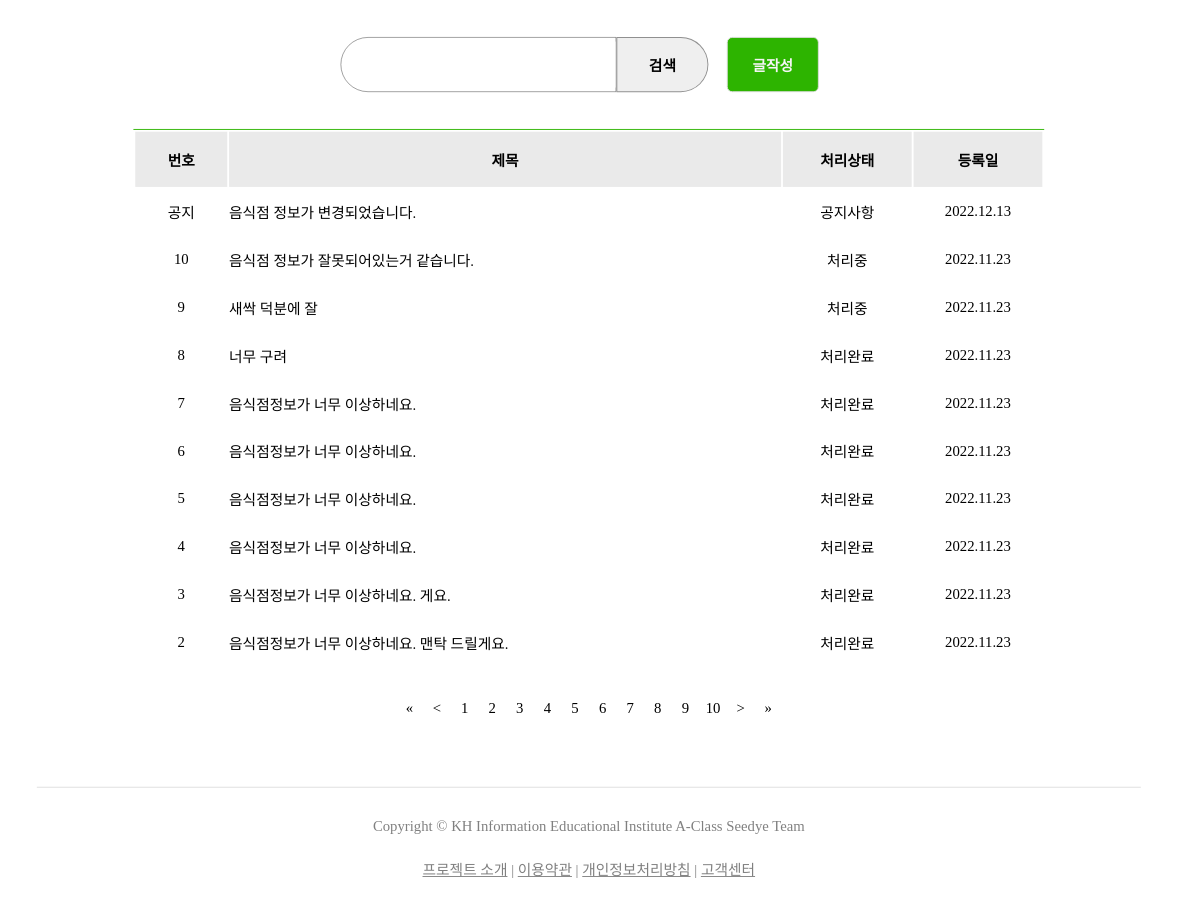
Repository: Seedye/Seedye
Page: team/src/main/webapp/html/board/board-list.html
These files come from the project's save history. The page is drawn as it stood at one moment and after the next save; the edit follows.
The browser window is 1280 px wide. The pictures show the part of the page from y = 423 to 1508 px (the page is 1412 px tall before and 1508 px after), at 92% of full size.
Some web fonts or font styles are not loaded; a fallback is used.

Above is the page before, as saved 2022-12-14 19:16:15.

### team/src/main/webapp/html/board/board-list.html
<!DOCTYPE html>
<html lang="en">
<head>
    <meta charset="UTF-8">
    <meta http-equiv="X-UA-Compatible" content="IE=edge">
    <meta name="viewport" content="width=device-width, initial-scale=1.0">
    <title>boardList</title>
    <link rel="stylesheet" href="../../resources/css/header.css">
    <link rel="stylesheet" href="../../resources/css/boardList-style.css">
</head>
<body>
  <header>
        <!-- 헤더 -->
        <section id="header-container">
            <!-- 로고 -->
            <section id="logo-section">
                <a href="#"><img id="logo" src="../../resources/images/새싹이.png"></a>
                <a href="#" id="logo-content">새싹이</a>
            </section>
            <!-- 메뉴창 -->
            <nav id="nav-bar">
                <ul>
                    <li><a href="#"></a>공지사항</li>
                <li><a href="#"></a>커뮤니티</li>
                <li><a href="#"></a>소개</li>
                <li><a href="#"></a>식당 등록 문의</li>
                <li><a href="#"></a>후원</li>
                <li><a href="#"></a>업데이트</li>
                <li><a href="#"></a>관리자</li>
            </ul>
        </nav>
    </section>
    </header>
    <main>
      <!-- board 영역 -->
      <section class="board-body-area">
        <div class="board-title">
          <img src="../../resources/images/children-g5ba4d1b54_1920.jpg" alt="">
          <p>커뮤니티</p>
        </div>

        <!-- 검색 -->
        <div class="board-list-serch-write-area">
          <!-- 검색어 입력 input -->
          <div class="board-list-serch">
            <input type="text" >
          </div>
          <!-- 검색 버튼 -->
          <button>검색</button>
          <!-- 글작성 버튼 -->
          <div class="board-write-btn">글작성</div>
        </div>

        <!-- 게시글 리스트 영역 -->
        <div class="board-list-area">
          <!-- 게시글 나타나는 테이블 -->
          <table class="board-list-table">
            <thead class="board-list-thead">
              <th>번호</th>
              <th>제목</th>
              <th>처리상태</th>
              <th>등록일</th>
            </thead>
            <tbody>

              <!-- 공지 -->
              <tr>
                <td>공지</td>
                <td>음식점 정보가 변경되었습니다.</td>
                <td>공지사항</td>
                <td>2022.12.13</td>
      <!-- colspan="2" -->
              </tr>

              <!-- 게시물 -->
              <tr>
                <td>10</td>
                <td>음식점 정보가 잘못되어있는거 같습니다.</td>
                <td>처리중</td>
                <td>2022.11.23</td>
              </tr>

              <tr>
                <td>9</td>
                <td>새싹 덕분에 잘 </td>
                <td>처리중</td>
                <td>2022.11.23</td>
              </tr>

              <tr>
                <td>8</td>
                <td>너무 구려</td>
                <td>처리완료</td>
                <td>2022.11.23</td>
              </tr>

              <tr>
                <td>7</td>
                <td>음식점정보가 너무 이상하네요. </td>
                <td>처리완료</td>
                <td>2022.11.23</td>
              </tr>
              <tr>
                <td>6</td>
                <td>음식점정보가 너무 이상하네요.  </td>
                <td>처리완료</td>
                <td>2022.11.23</td>
              </tr>
              <tr>
                <td>5</td>
                <td>음식점정보가 너무 이상하네요.  </td>
                <td>처리완료</td>
                <td>2022.11.23</td>
              </tr>
              <tr>
                <td>4</td>
                <td>음식점정보가 너무 이상하네요. </td>
                <td>처리완료</td>
                <td>2022.11.23</td>
              </tr>
              <tr>
                <td>3</td>
                <td>음식점정보가 너무 이상하네요. 게요. </td>
                <td>처리완료</td>
                <td>2022.11.23</td>
              </tr>
              <tr>
                <td>2</td>
                <td>음식점정보가 너무 이상하네요. 맨탁 드릴게요. </td>
                <td>처리완료</td>
                <td>2022.11.23</td>
              </tr>

            </tbody>


          </table>

            <ul class="board-list-page-area">
              <li>&laquo;</li>
              <li>&lt;</li>
              <li class="board-list-page-no">1</li>
              <li class="board-list-page-no">2</li>
              <li class="board-list-page-no">3</li>
              <li class="board-list-page-no">4</li>
              <li class="board-list-page-no">5</li>
              <li class="board-list-page-no">6</li>
              <li class="board-list-page-no">7</li>
              <li class="board-list-page-no">8</li>
              <li class="board-list-page-no">9</li>
              <li class="board-list-page-no">10</li>
              <li>&gt;</li>
              <li>&raquo;</li>
            </ul>
            <!-- <div class="board-list-page-num"></div>
            <div class="board-list-page-num"></div> -->
          </div>

      </section>
    </main>

    <footer>
        <p>
            Copyright &copy; KH Information Educational Institute A-Class Seedye Team
        </p>
        <article>
            <a href="#">프로젝트 소개</a>
            <span>|</span>
            <a href="#">이용약관</a>
            <span>|</span>
            <a href="#">개인정보처리방침</a>
            <span>|</span>
            <a href="#">고객센터</a>
        </article>
    </footer>

</body>
</html>

### team/src/main/webapp/resources/css/header.css

@font-face {
    font-family: 'yg-jalnan';
    src: url('https://cdn.jsdelivr.net/gh/projectnoonnu/noonfonts_four@1.2/JalnanOTF00.woff') format('woff');
    font-weight: normal;
    font-style: normal;
}


@font-face {
    font-family: 'NIXGONM-Vb';
    src: url('https://cdn.jsdelivr.net/gh/projectnoonnu/noonfonts_six@1.2/NIXGONM-Vb.woff') format('woff');
    font-weight: normal;
    font-style: normal;
}

*{
    box-sizing: border-box;
    margin: 0;
    padding: 0;
}

body{
    display: flex;
    justify-content: center;
    align-items: center;
    flex-direction: column;
}


#logo-section{
    width: 1200px;
    display: flex;
    justify-content: center;
    align-items: center;
    margin-top: 20px;
}

#logo{
    width: 50px;
    height: 50px;
}

#logo-content{
    color: #2db400;
    -webkit-text-stroke: 1px white;
    text-decoration: none;
    font-weight: bold;
    font-family: yg-jalnan;
    font-size: 40px;
    padding-top: 10px;
}

#nav-bar{
    display: flex;
    justify-content: center;
    margin: 20px 0px  0px  0px;
}

#nav-bar > ul {
    width: 100%;
    display: flex;
    justify-content: space-between;
    font-weight: bold;
    border-bottom: 1px solid #ddd;
    padding: 0px 20px;
}

#nav-bar > ul > li{
    font-family: NIXGONM-Vb;
    float: left;
    display: flex;
    justify-content: center;
    padding: 20px 35px;
    border-radius: 6px;
    cursor: pointer;
    width: 170px;
    height: auto;
}

#nav-bar > ul > li:hover{
    background-color: rgba(45, 180, 0, 0.6);
    color: white;
    transition-duration: 0.3s;
}

footer {
    width: 1200px;
    height: 134px;
    color: gray;
    font-size: var(--small-font-size);
    padding: 20px 0;

    display: flex;
    flex-direction: column;
    justify-content: space-around;
    align-items: center;

    /* position: absolute; */
    bottom: 0;

    border-top: 1px solid #ddd;
  }

  footer a {
    color: gray;
  }

### team/src/main/webapp/resources/css/boardList-style.css
*{
  font-family: "NIXGONM-Vb";
}

.board-title{
  /* margin-top: 0; */
  width: 99vw;
  height: 250px;
  background-color: white;
  background-color: white;
  display: flex;
  justify-content: center;
  align-items: center;
  font-size: 40px;
}
.board-title > img{
  width: 100%;
  height: 100%;
  object-fit: cover;
  opacity:0.3;
}
.board-title > p{
  position: absolute;
}
/* 검색 영역 스타일 */
.board-list-serch-write-area{
  display: flex;
  align-items: center;
  justify-content: center;
  margin-top: 20px;
  margin-bottom: 20px;

}
.board-list-serch{
  width: 300px;
  height: 60px;
  border-radius: 30px 0 0 30px;
  border: 1px solid rgba(0, 0, 0, 0.4);

  display: flex;
    justify-content: end;
    align-items: center;
}
.board-list-serch > input{
  width: 260px;
  height: 50px;
  border: 0px;
  font-size: 20px;
}
.board-list-serch > input:focus{
  outline: none;

}
.board-list-serch-write-area > button{
  height: 60px;
  width: 100px;
  border-radius: 0 30px 30px 0;
  border: 1px solid rgba(0, 0, 0, 0.4);
  font-size: 16px;
  cursor: pointer;
  font-weight: bold;
}

.board-write-btn{
  margin: 20px;
  width: 100px;
  height: 60px;
  display: flex;
  align-items: center;
  border-radius: 6px;
  justify-content: center;
  border: 1px solid #ddd;
  cursor: pointer;
  background-color: #2db400;
  color: whitesmoke;
  font-size: 16px;
  font-weight: bold;
}
.board-write-btn:hover{
  transition-duration: 0.2s;
  background-color: #2aa800;
  box-shadow: 1px 1px 1px 1px rgb(206, 204, 204);
  border:none;
}
/* 테이블 스타일 */
.board-list-table{
  text-align: center;

  margin: auto;
  /* width: 90vw; */
  border-top: 1px solid #2db400;
}
/* .board-list-area{
  height: 500px;
} */
.board-list-thead{
  height: 60px;
  background-color: rgba(221, 221, 221, 0.623);
  /* background-color: #ddd; */
  /* background-color: whitesmoke; */
  border-top: 2px solid red;
}
.board-list-thead > tr{
  border: 2px solid red;
}
/* 게시글 번호 부분 */
.board-list-table > tbody > tr > td:first-child {
  width: 100px;
  height: 50px;
  cursor: pointer;
  /* background-color: blueviolet; */

  /* text-align: center; */
}
/* 게시물 제목 부분 */
.board-list-table > tbody > tr > td:nth-child(2){
  /* display: block; */
  width: 600px;
  height: 50px;
  text-align: left;
  cursor: pointer;

}
/* 게시글 처리상태/등록일 부분 */
.board-list-table > tbody > tr > td:nth-child(3),
.board-list-table > tbody > tr > td:nth-child(4){
  /* width: 140px; */
  min-width: 140px;
  height: 50px;
  cursor: pointer;
  /* background-color: red; */
}

/* {
  width: 140px;
  height: 50px;

} */

.board-list-table > tbody> tr{

  height: 50px;
}
.board-list-table > tbody> tr:hover{
  background-color: #ddd;

}
/* .board-list-table > tbody > tr > td:hover{
  background-color: #d8f0d0;
} */

/* 페이지 넘기기 스타일 */
.board-list-page-area{
  display: flex;
  justify-content: center;
  margin-top: 30px;
  margin-bottom: 70px;
}

.board-list-page-area>li{
  display: flex;
  justify-content: center;
  align-items: center;
  width: 30px;
  height: 30px;
  list-style:none;
  cursor: pointer;
  /* padding-left: 0px; */
}
.board-list-page-no:hover{
  /* background-color: #061a00; */
  border-bottom: 1px solid #2db400;
}

After the next save:
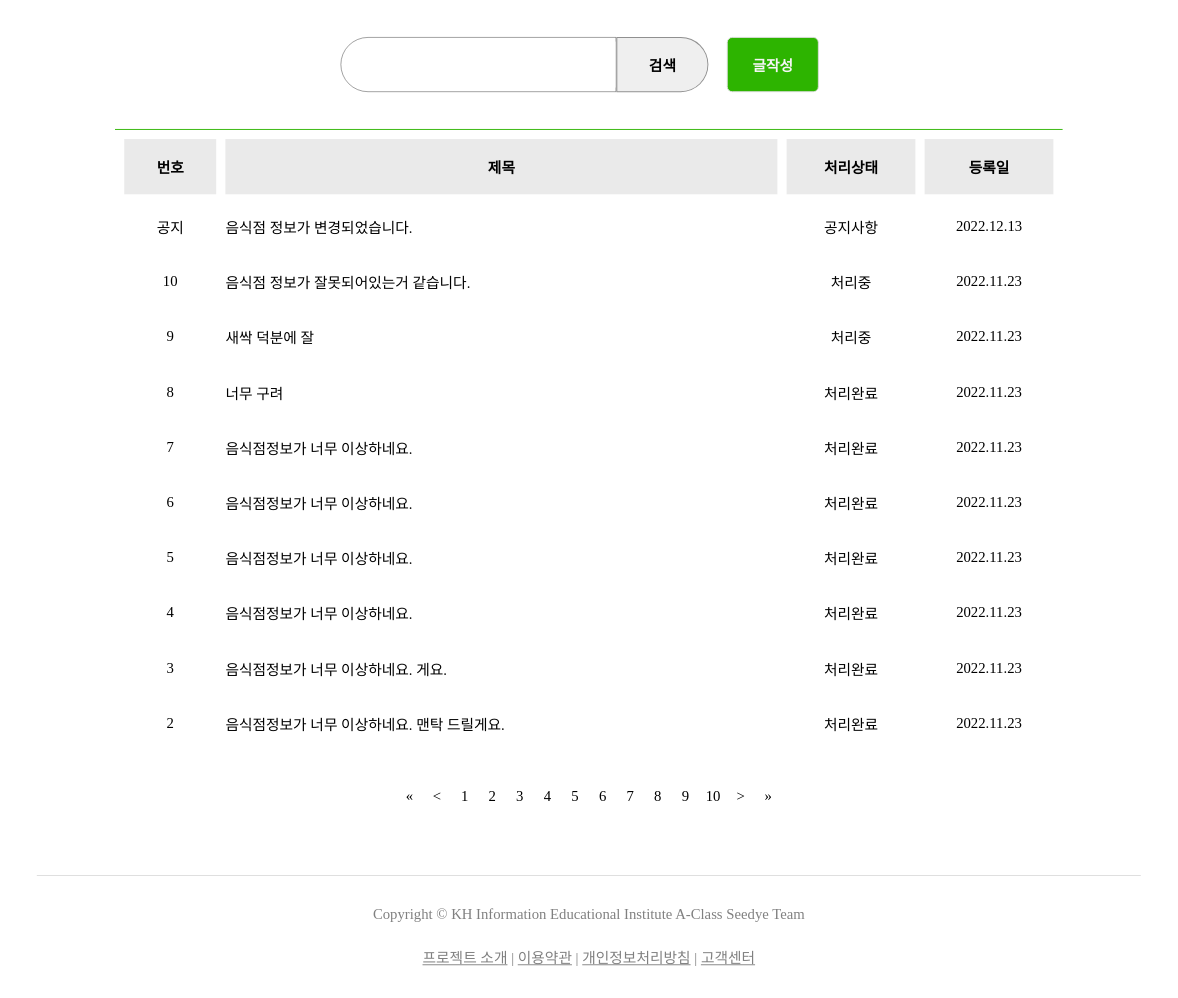
Saved 2 min 0 s later.
--- a/team/src/main/webapp/resources/css/boardList-style.css
+++ b/team/src/main/webapp/resources/css/boardList-style.css
@@ -85,7 +85,7 @@
 /* 테이블 스타일 */
 .board-list-table{
   text-align: center;
-
+  border-spacing: 10px;
   margin: auto;
   /* width: 90vw; */
   border-top: 1px solid #2db400;
